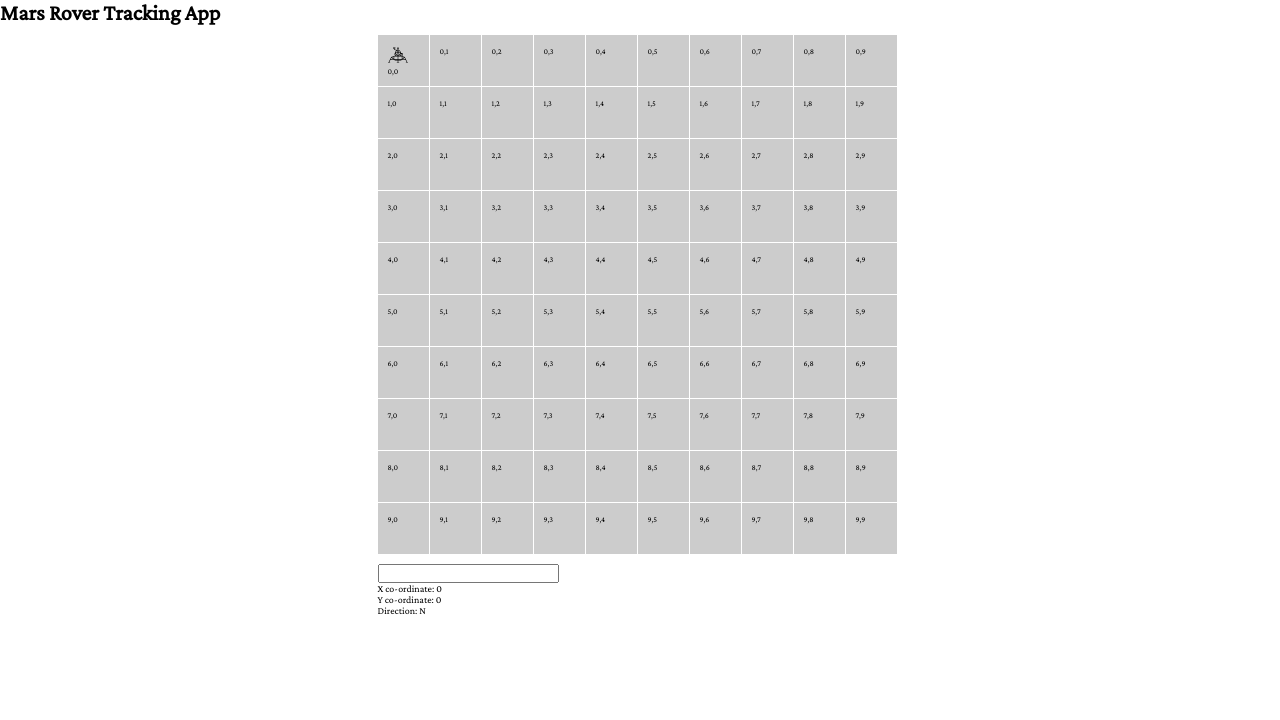
Repository: madhurisandbhor/Rover-Tracking-App
Page: /
These files come from the project's save history. The page is drawn as it stood at one moment and after the next save; the edit follows.
The browser window is 1280 px wide. The pictures show the whole page.
An inner scrolling area shows only its first screen. The project was rebuilt for these pictures with package versions that can differ from the ones it lists, and the page was loaded fresh each time.

Above is the page before, as saved 2021-09-06 19:16:55.

After the next save:
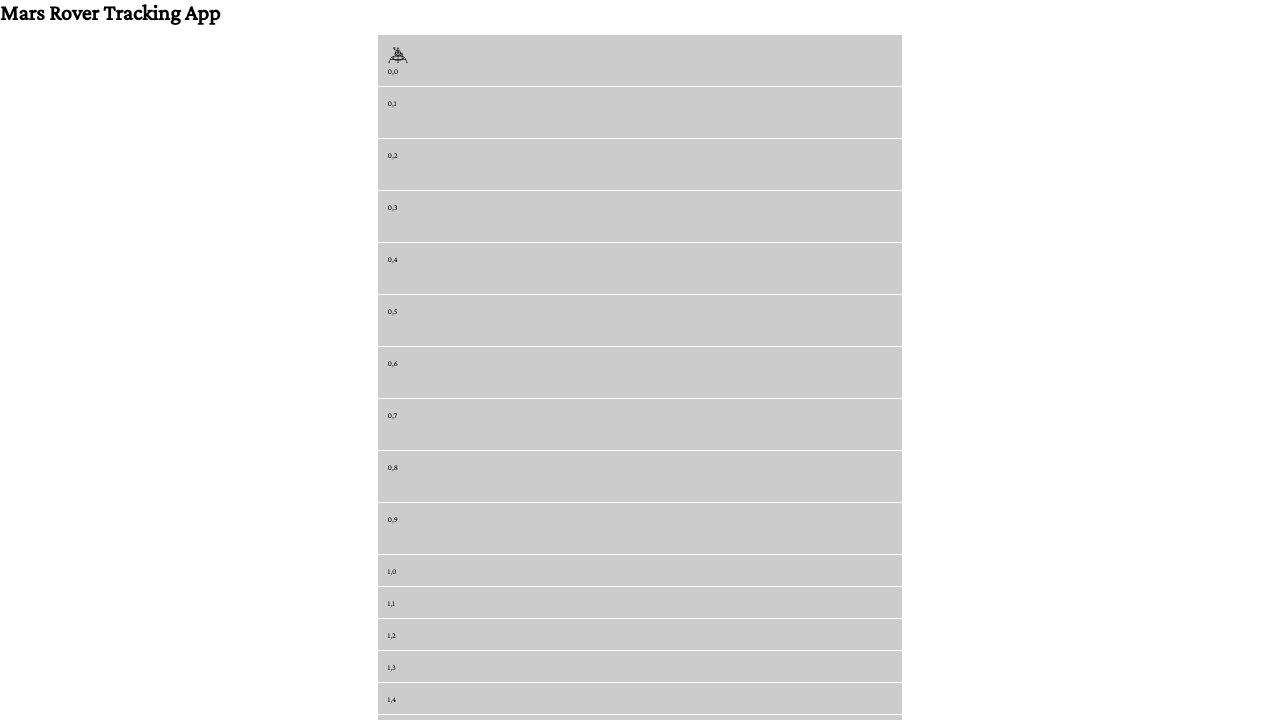
Saved 10 s later.
--- a/src/Grid.jsx
+++ b/src/Grid.jsx
@@ -11,7 +11,7 @@ const wrapper = {
 const grid = {
   margin: '1rem auto',
   display: 'grid',
-  gridTemplateColumns: `repeat(${maxY + 1}, 51px)`,
+  gridTemplateColumns: `repeat(${maxY + 1}, 7/5rem)`,
   gridTemplateRows: `repeat(${maxX + 1}, 51px)`,
   gridGap: '1px',
 }
